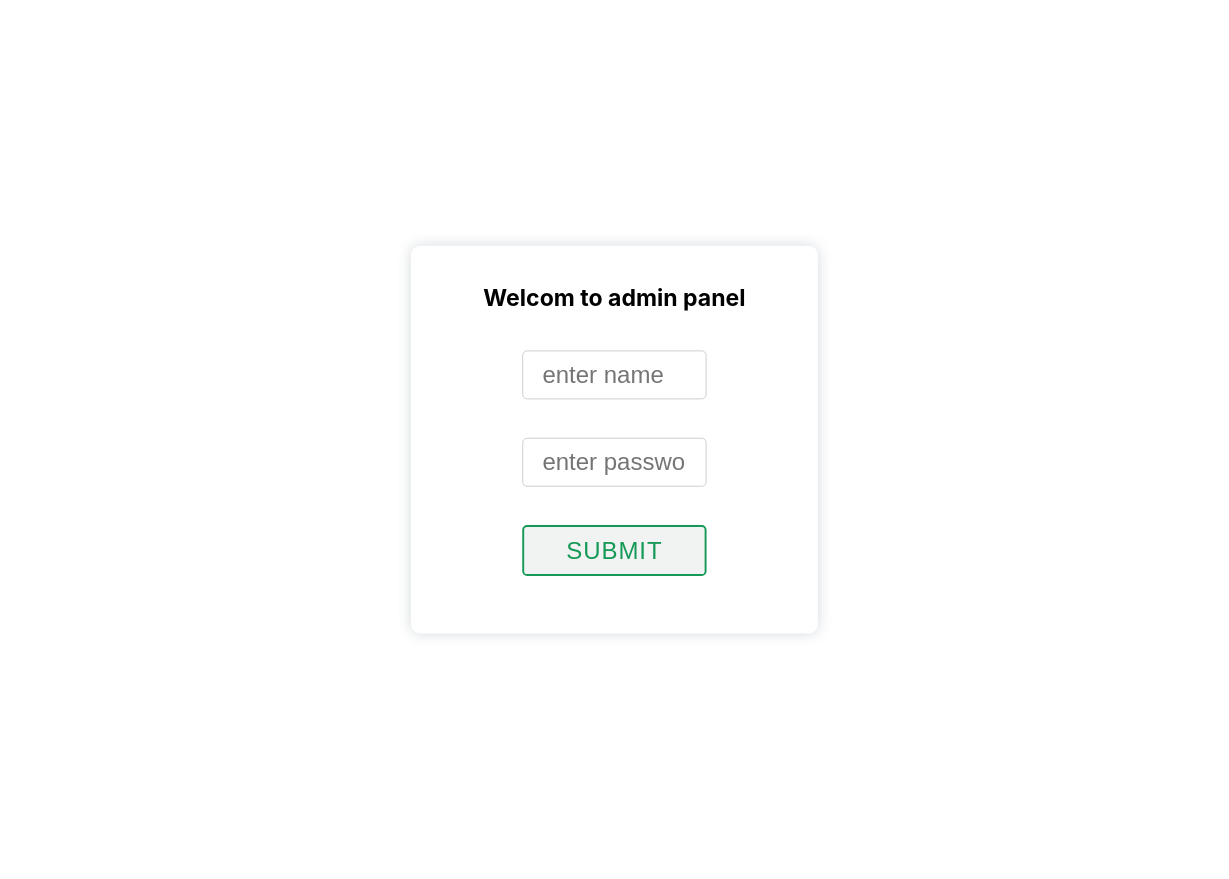
Repository: superHotBob/admin_nftillion
Page: /collections
The author's editor kept a copy of each file at every save. The page is drawn from the files as they stood at one save, then again after the next save.
The browser window is 1280 px wide. The pictures show the whole page, at 96% of full size.
The project was rebuilt for these pictures with package versions that can differ from the ones it lists, and the page was loaded fresh each time. Also part of the build but not shown: src/components/Users/styles.scss, src/components/NavPanel/styles.scss, src/components/Users/index.js, src/components/Collections/styles.scss.

Above is the page before, as saved 2022-04-22 17:53:16.

After the next save:
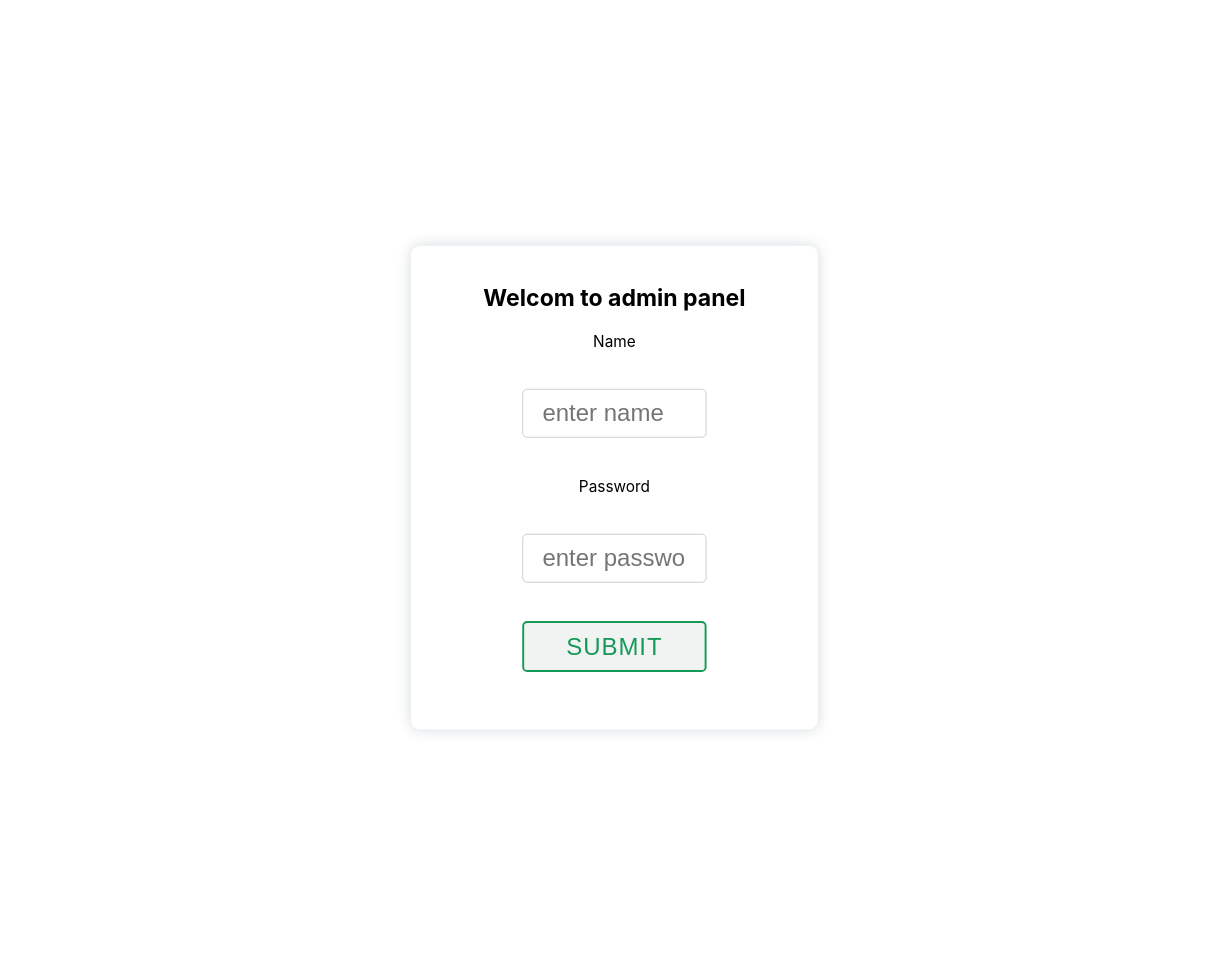
Saved 59 s later.
--- a/src/components/Home/index.js
+++ b/src/components/Home/index.js
@@ -30,6 +30,7 @@ export const Home = () => {
     <div className="mainblock">
       <h2>Welcom to admin panel</h2>
       <form onSubmit={login}>
+        Name
         <input
           type="text"
           value={name}
@@ -38,6 +39,7 @@ export const Home = () => {
           placeholder="enter name"
         />
         <label>
+          Password
           <input
             type="password"
             value={password}
